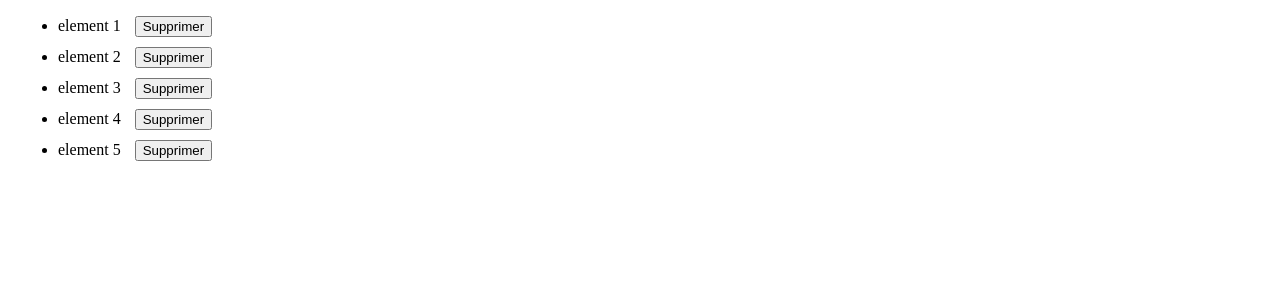
Repository: arione15/Livre_Serrion-Vue.js
Page: liste_ch3.html
An editor plug-in stored every save of this project. The page is shown before and after a run of saves, followed by the edit.
The browser window is 1280 px wide. The pictures show the whole page.

Above is the page before, as saved 2021-09-07 13:59:45.

### liste_ch3.html
<!DOCTYPE html>
<html lang="en">

<head>
    <meta charset="UTF-8">
    <meta http-equiv="X-UA-Compatible" content="IE=edge">
    <meta name="viewport" content="width=device-width, initial-scale=1.0">
    <title>Liste</title>
    <script src="https://cdn.jsdelivr.net/npm/vue/dist/vue.js"></script>
</head>

<body>

    <div id="root"></div>

</body>

<script>
    const vm = new Vue({
        el: "div#root",
        template: `
            <div>
                <ul>
                    <li v-for="(element, index) of elements" style="margin:10px;">
                        <span v-if="!element.modifyOn"
                            v-on:dblclick="modifier(element)"> {{ element.text }} </span>
                        <input type="text" v-else style="width:100px;"
                        v-bind:value="element.text">

                        <button @click="supprimer(element)" style="margin-left:10px;">Supprimer</button>
                    </li>
                </ul>
                <span v-if="elements.length === 0">La liste est vide !!</span>
            </div>
        `,
        data: {
            elements: [
                { text: "element 1", modifyOn: false },
                { text: "element 2", modifyOn: false },
                { text: "element 3", modifyOn: false },
                { text: "element 4", modifyOn: false },
                { text: "element 5", modifyOn: false },
            ]
        },
        methods: {
            supprimer(elt) {
                this.elements = this.elements.filter(function (element) {
                    return elt !== element;
                })
            },
            modifier(elt) {
                //console.log("Modifier l'élément : " + elt);
                elt.modifyOn = true;
            }
        }
    });

</script>

</html>

After the next 3 saves:
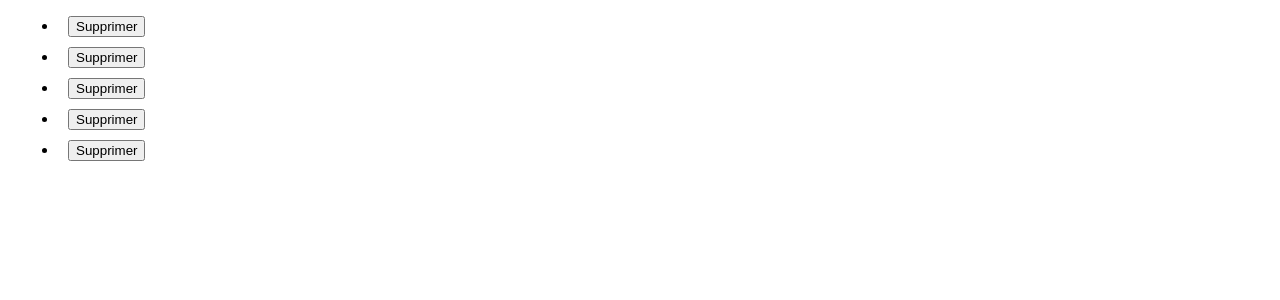
The 3 saves are shown as one change because they came seconds apart.
The last was saved 107 min 23 s later.
--- a/liste_ch3.html
+++ b/liste_ch3.html
@@ -22,7 +22,7 @@
             <div>
                 <ul>
                     <li v-for="(element, index) of elements" style="margin:10px;">
-                        <span v-if="!element.modifyOn"
+                        <span v-if="!element.modifyOn" //si
                             v-on:dblclick="modifier(element)"> {{ element.text }} </span>
                         <input type="text" v-else style="width:100px;"
                         v-bind:value="element.text">

After the 4 saves that followed:
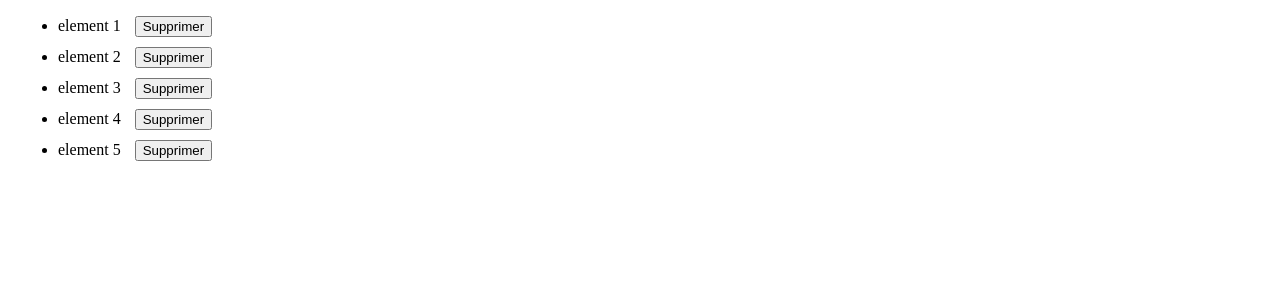
The 4 saves are shown as one change because 3 left the picture as it was.
The last was saved 61 s later.
--- a/liste_ch3.html
+++ b/liste_ch3.html
@@ -22,7 +22,7 @@
             <div>
                 <ul>
                     <li v-for="(element, index) of elements" style="margin:10px;">
-                        <span v-if="!element.modifyOn" //si
+                        <span v-if="!element.modifyOn" si modifyOn est true
                             v-on:dblclick="modifier(element)"> {{ element.text }} </span>
                         <input type="text" v-else style="width:100px;"
                         v-bind:value="element.text">
